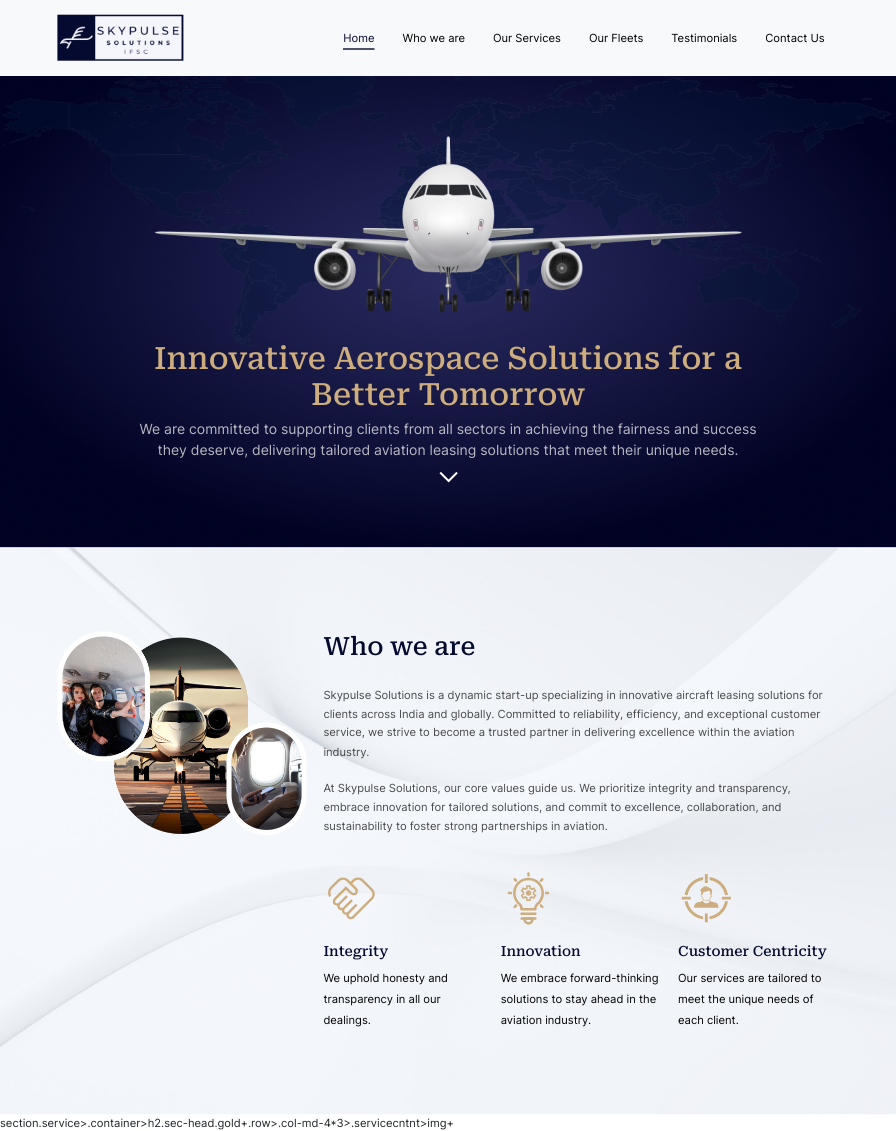
Repository: mangalravi/SkyPulse
Page: index.html
These files come from the project's save history. The page is drawn as it stood at one moment and after a run of saves; the edit follows.
The browser window is 1280 px wide. The pictures show the whole page, at 70% of full size.

Above is the page before, as saved 2024-12-30 10:48:48.

### index.html
<!DOCTYPE html>
<html lang="en">
  <head>
    <meta charset="UTF-8" />
    <meta name="viewport" content="width=device-width, initial-scale=1.0" />
    <title>SkyPluse</title>
    <link rel="icon" href="content/images/favicon.png" type="image/x-icon" />
    <link
      rel="stylesheet"
      type="text/css"
      href="content/bootstrap/css/bootstrap.min.css"
    />
    <link rel="stylesheet" type="text/css" href="content/css/font-family.css" />
    <link rel="stylesheet" type="text/css" href="content/css/Icon.css" />
    <link
      rel="stylesheet"
      type="text/css"
      href="content/lib/slick/css/slick.min.css"
    />
    <link rel="stylesheet" type="text/css" href="content/css/custom.css" />
  </head>
  <body>
    <header class="nvbrhdr position-fixed w-100">

      <nav class="navbar navbar-expand-lg bg-body-tertiary p-0">
        <div class="container-fluid container-lg">
          <a class="navbar-brand m-0 p-0" href="#">
            <img src="content/images/logo.png" alt="logo">
          </a>
          <button class="navbar-toggler" type="button" data-bs-toggle="collapse" data-bs-target="#navbarSupportedContent" aria-controls="navbarSupportedContent" aria-expanded="false" aria-label="Toggle navigation">
            <span class="navbar-toggler-icon"></span>
          </button>
          <div class="collapse navbar-collapse" id="navbarSupportedContent">
            <ul class="navbar-nav ms-auto mb-2 mb-lg-0">
              <li class="nav-item">
                <a class="nav-link active ps-0" aria-current="page" href="#">Home</a>
              </li>
              <li class="nav-item">
                <a class="nav-link" href="#">Who we are</a>
              </li>

              <li class="nav-item">
                <a class="nav-link" href="#">Our Services</a>
              </li>
              <li class="nav-item">
                <a class="nav-link" href="#">Our Fleets</a>
              </li>
              <li class="nav-item">
                <a class="nav-link" href="#">Testimonials</a>
              </li>

              <li class="nav-item">
                <a class="nav-link pe-0" href="#">Contact Us</a>
              </li>
            </ul>

          </div>
        </div>
      </nav>

    </header>
   <section class="top-banner">
    <div class="container">
      <div class="row justify-content-center">
        <div class="col-md-10">
          <div class="topcntnt text-center">
            <img src="content/images/airplane.png" alt="airplane">
            <h1 class="mb-2 fw-medium">Innovative Aerospace Solutions for a Better Tomorrow</h1>
            <p class="mb-2">We are committed to supporting clients from all sectors in achieving the fairness and success they deserve, delivering tailored aviation leasing solutions that meet their unique needs.</p>
            <span class="material-symbols-outlined">  arrow_forward_ios </span>
          </div>
        </div>
      </div>
    </div>
   </section>
   <section class="who-we-are">
    <div class="container">
      <div class="row justify-content-center gx-4">
        <div class="col-md-4">
<img src="content/images/who-we-are.png" alt="who">
          </div>
        <div class="col-md-8">
<h2 class="sec-head ">Who we are</h2>
<p class="sec-para mb-4">Skypulse Solutions is a
  dynamic start-up specializing in innovative aircraft leasing solutions
   for clients across India
  and globally.  Committed
   to reliability, efficiency, and exceptional
   customer service, we
   strive to become a
   trusted partner in
   delivering excellence
   within the aviation industry.</p>
   <p class="sec-para mb50">
    At Skypulse Solutions, our core values guide us. We prioritize integrity and transparency, embrace innovation for tailored solutions, and commit to excellence, collaboration, and sustainability to foster strong partnerships in aviation.
   </p>
   <div class="row">
    <div class="col-md-4">
      <img src="content/images/integrity.svg" alt="integrity" class="mb20">
      <h3 class="mb-2">Integrity</h3>
      <p class="mb-0">We uphold honesty and transparency in all our dealings.</p>
    </div>
    <div class="col-md-4">
      <img src="content/images/innovation.svg" alt="innovation" class="mb20">
      <h3 class="mb-2">Innovation</h3>
      <p class="mb-0">We embrace forward-thinking solutions to stay ahead in the aviation industry.</p>
    </div>
    <div class="col-md-4">
      <img src="content/images/customer-centricity.svg" alt="customer-centricity" class="mb20">
      <h3 class="mb-2">Customer Centricity</h3>
      <p class="mb-0">Our services are tailored to meet the unique needs of each client.</p>
    </div>
   </div>
          </div>
          </div>
          </div>
          </section>
          section.service>.container>h2.sec-head.gold+.row>.col-md-4*3>.servicecntnt>img+
    <script src="content/js/jquery.min.js"></script>
  <script src="content/bootstrap/js/bootstrap.bundle.min.js"></script>
    <script src="content/lib/slick/js/slick.min.js"></script>
    <script src="content/js/custom.js"></script>
  </body>
</html>

### content/css/font-family.css
/* Inter Family */

@font-face {
  font-family: "Inter";
  font-style: normal;
  font-weight: 400;
  src: url("../fonts/Inter/Inter-Regular.ttf") format("truetype");
  font-display: swap;
}

@font-face {
  font-family: "Inter";
  font-style: normal;
  font-weight: 500;
  src: url("../fonts/Inter/Inter-Medium.ttf") format("truetype");
  font-display: swap;
}

/* Roboto Serif Family */

@font-face {
  font-family: "RobotoSerif";
  font-style: normal;
  font-weight: 400;
  src: url("../fonts/Roboto-Serif/RobotoSerif-Regular.ttf") format("truetype");
  font-display: swap;
}

@font-face {
  font-family: "RobotoSerif";
  font-style: normal;
  font-weight: 500;
  src: url("../fonts/Roboto-Serif/RobotoSerif-Medium.ttf") format("truetype");
  font-display: swap;
}

### content/css/Icon.css
/* fallback */
@font-face {
    font-family: 'Material Icons';
    font-style: normal;
    font-weight: 300;
    src: url(../fonts/icon.woff2) format('woff2');
  }
  /* fallback */
  @font-face {
    font-family: 'Material Icons Outlined';
    font-style: normal;
    font-weight: 300;
    src: url(../fonts/icon-outline.woff2) format('woff2');
  }
  @font-face {
    font-family: 'Material Symbols Outlined';
    font-style: normal;
    font-weight: 300;
    src: url(../fonts/icon-symbol-outline.woff2) format('woff2');
  }

  .material-icons {
    font-family: 'Material Icons';
    font-weight: normal;
    font-style: normal;
    font-size: 24px;
    line-height: 1;
    letter-spacing: normal;
    text-transform: none;
    display: inline-block;
    white-space: nowrap;
    word-wrap: normal;
    direction: ltr;
    -webkit-font-feature-settings: 'liga';
    -webkit-font-smoothing: antialiased;
  }

  .material-icons-outlined {
    font-family: 'Material Icons Outlined';
    font-weight: normal;
    font-style: normal;
    font-size: 24px;
    line-height: 1;
    letter-spacing: normal;
    text-transform: none;
    display: inline-block;
    white-space: nowrap;
    word-wrap: normal;
    direction: ltr;
    -webkit-font-feature-settings: 'liga';
    -webkit-font-smoothing: antialiased;
  }
 /* Fallback */


.material-symbols-outlined {
  font-family: 'Material Symbols Outlined';
  font-weight: normal;
  font-style: normal;
  font-size: 24px;
  line-height: 1;
  letter-spacing: normal;
  text-transform: none;
  display: inline-block;
  white-space: nowrap;
  word-wrap: normal;
  direction: ltr;
  -webkit-font-feature-settings: 'liga';
  -webkit-font-smoothing: antialiased;
}

### content/lib/slick/css/slick.min.css
/**
 * Minified by jsDelivr using clean-css v4.2.0.
 * Original file: /npm/slick-carousel@1.8.1/slick/slick.css
 *
 * Do NOT use SRI with dynamically generated files! More information: https://www.jsdelivr.com/using-sri-with-dynamic-files
 */
 .slick-slider{position:relative;display:block;box-sizing:border-box;-webkit-user-select:none;-moz-user-select:none;-ms-user-select:none;user-select:none;-webkit-touch-callout:none;-khtml-user-select:none;-ms-touch-action:pan-y;touch-action:pan-y;-webkit-tap-highlight-color:transparent}.slick-list{position:relative;display:block;overflow:hidden;margin:0;padding:0}.slick-list:focus{outline:0}.slick-list.dragging{cursor:pointer;cursor:hand}.slick-slider .slick-list,.slick-slider .slick-track{-webkit-transform:translate3d(0,0,0);-moz-transform:translate3d(0,0,0);-ms-transform:translate3d(0,0,0);-o-transform:translate3d(0,0,0);transform:translate3d(0,0,0)}.slick-track{position:relative;top:0;left:0;display:block;margin-left:auto;margin-right:auto}.slick-track:after,.slick-track:before{display:table;content:''}.slick-track:after{clear:both}.slick-loading .slick-track{visibility:hidden}.slick-slide{display:none;float:left;height:100%;min-height:1px}[dir=rtl] .slick-slide{float:right}.slick-slide img{display:block}.slick-slide.slick-loading img{display:none}.slick-slide.dragging img{pointer-events:none}.slick-initialized .slick-slide{display:block}.slick-loading .slick-slide{visibility:hidden}.slick-vertical .slick-slide{display:block;height:auto;border:1px solid transparent}.slick-arrow.slick-hidden{display:none}
 /*# sourceMappingURL=/sm/fb3ed351cd5c0f1f30f88778ee1f9b056598e6d25ac4fdcab1eebcd8be521cd9.map */

### content/css/custom.css
:root {
  --bs-primary-color: #050A30;
  --bs-secondary-color: #030303;
  --bs-gold-color: #CDAD7D;
  --bs-heading-font-family: 'RobotoSerif', serif;
  --bs-body-font-family: 'Inter', sans-serif;
}

  section {
    padding: 120px 0;
  }
  p {
    color:var(--bs-secondary-color);
    line-height: 1.875rem;
    font-weight: 400;
  }
  a {
    text-decoration: none;
  }
  h1,h2,h3,h4,h5,h6 {
    font-family: var(--bs-heading-font-family);
    font-weight: 500;
    margin-bottom: 1rem;
    color:var(--bs-primary-color);
  }
  .material-symbols-outlined {
    font-weight: bold;
    font-size:1.25rem;
    transition:all 0.7s;
  }
  img {
    max-width: 100%;
  }
  body{
    padding:0 ;
  }
 .navbar{
background: #FFFFFFF2;
}
.nvbrhdr{
   z-index: 99;
 }
 .navbar-expand-lg .navbar-nav .nav-link {
padding: 2.781rem 0;
margin:0 1.25rem;
color:#000000;
line-height: 1.25rem;
position: relative;
 }
 .navbar-expand-lg .navbar-nav .nav-link.active {
  color: var(--bs-primary-color);
 }
 .navbar-expand-lg .navbar-nav .nav-link::before{
  position: absolute;
  content: "";
  background: transparent;
  width: 100%;
  height: 2px;
  left: 0;
  top: 63%;
 }
 .navbar-expand-lg .navbar-nav .nav-link.active::before,
  .navbar-expand-lg .navbar-nav .nav-link:hover::before {
background:var(--bs-primary-color);
 }

/* top-banner */
.top-banner{
  padding-top: 195px;
   padding-bottom: 78px;
   background:url(../images/banner-bg.png);
   background-size: cover;
   background-position: center;
   background-repeat: no-repeat;
 }
.top-banner .topcntnt img{
margin-bottom: 2.5rem;
 }
.top-banner .topcntnt h1{
color:#CDAD7D;
font-size:2.75rem;
line-height: 51.52px;
letter-spacing: 1.5%;
 }
.top-banner .topcntnt p{
font-size:1.25rem;
line-height: 1.875rem;
color:#fff;
opacity: 0.7;
 }
.top-banner .topcntnt span{
  font-size: 2rem;
  transform: rotate(90deg);
  color: #fff;
}
.sec-head{
  font-size: 2.25rem;
  line-height: 45px;
}
.who-we-are {
  background-image: url(../images/who-we-are-bg.jpg);
  background-size: cover;
  background-position: center;
  background-repeat: no-repeat;
}

.who-we-are .sec-head{
  margin-bottom: 2rem;
}
.gold{
  color:#CDAD7D;
}
.sec-para{
  color:#030303;
  line-height: 27.2px;
  opacity: 0.7;
}
.mb50{
  margin-bottom: 50px;
}
.mb20{
  margin-bottom: 1.25rem;
}
.who-we-are h3{
  font-size: 1.25rem;
  line-height: 1.875rem;
}

### content/js/custom.js
$(window).scroll(function () {
  $(this).scrollTop() >= 250
    ? $(".nvbrhdr").addClass("bg-white")
    : $(".nvbrhdr").removeClass("bg-white");
})

Loaded but not shown: content/bootstrap/css/bootstrap.min.css (library); content/js/jquery.min.js (library); content/bootstrap/js/bootstrap.bundle.min.js (library); content/lib/slick/js/slick.min.js (library)

After the next 2 saves:
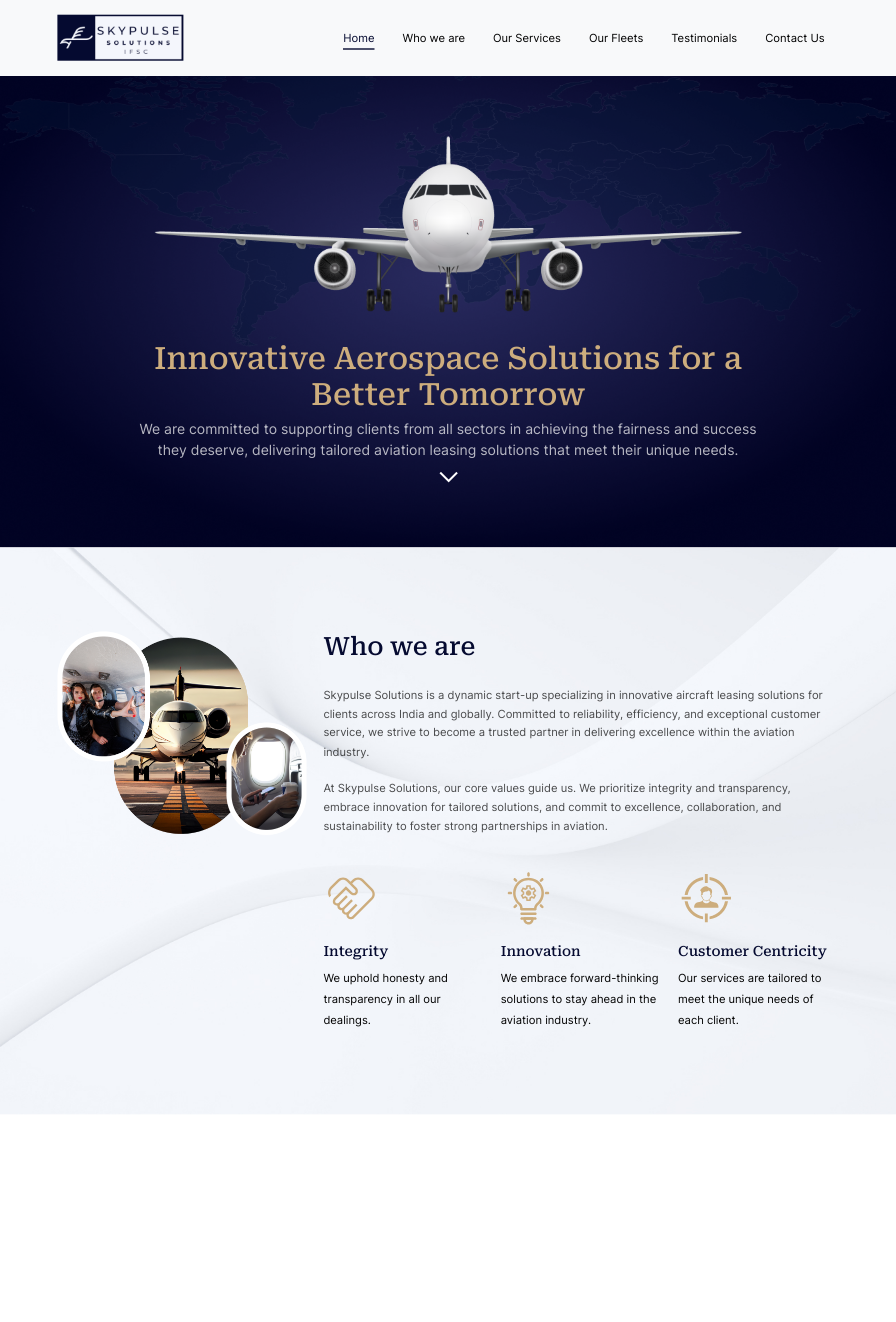
The 2 saves are shown as one change because they came seconds apart.
The last was saved 7 s later.
--- a/index.html
+++ b/index.html
@@ -115,7 +115,34 @@
           </div>
           </div>
           </section>
-          section.service>.container>h2.sec-head.gold+.row>.col-md-4*3>.servicecntnt>img+
+          <section class="service">
+            <div class="container">
+              <h2 class="sec-head gold"></h2>
+              <div class="row">
+                <div class="col-md-4">
+                  <div class="servicecntnt">
+                    <img src="" alt="">
+                    <h3></h3>
+                    <p></p>
+                  </div>
+                </div>
+                <div class="col-md-4">
+                  <div class="servicecntnt">
+                    <img src="" alt="">
+                    <h3></h3>
+                    <p></p>
+                  </div>
+                </div>
+                <div class="col-md-4">
+                  <div class="servicecntnt">
+                    <img src="" alt="">
+                    <h3></h3>
+                    <p></p>
+                  </div>
+                </div>
+              </div>
+            </div>
+          </section>
     <script src="content/js/jquery.min.js"></script>
   <script src="content/bootstrap/js/bootstrap.bundle.min.js"></script>
     <script src="content/lib/slick/js/slick.min.js"></script>
